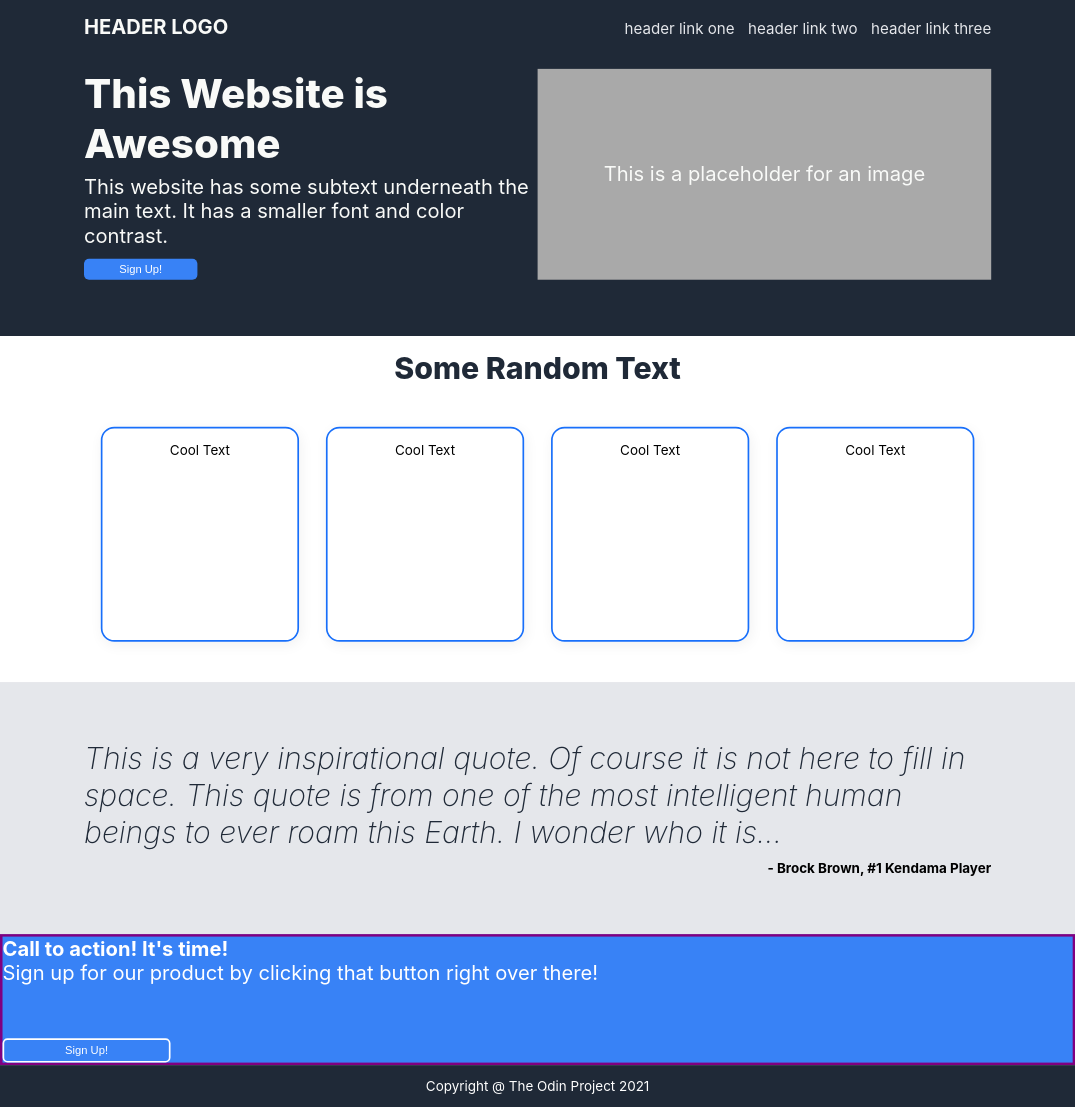
Repository: bbrockbrown/landing-page
Page: index.html
The author's editor kept a copy of each file at every save. The page is drawn from the files as they stood at one save, then again after the next save.
The browser window is 1280 px wide. The pictures show the whole page, at 84% of full size.

Above is the page before, as saved 2024-07-24 16:18:02.

### index.html
<!DOCTYPE html>
<html lang="en">
<head>
    <meta charset="UTF-8">
    <meta name="viewport" content="width=device-width, initial-scale=1.0">
    <link rel="stylesheet" href="styles.css">
    <title>Landing Page</title>
</head>
<body>

    <div class="header">
        <div class="upper-header">
            <div class="logo" style="font-weight: bolder">HEADER LOGO</div>
            <ul class="header-links">
                <li><a href="https://www.google.com/" target="_blank">header link one</a></li>
                <li><a href="https://www.google.com/" target="_blank">header link two</a></li>
                <li><a href="https://www.google.com/" target="_blank">header link three</a></li>
            </ul>
        </div>

        <div class="header-content">
            <div class="header-text">
                <div class="awesome-text">
                    This Website is Awesome
                </div>
                <div class="subtext">
                    This website has some subtext underneath the main text.
                    It has a smaller font and color contrast.
                </div>
                <button class="signup-button">Sign Up!</button>
            </div>

            <div class="header-image">
                This is a placeholder for an image
            </div>
        </div>
    </div>




    <div class="body">
        <div class="box-text">Some Random Text</div>
        <div class="box-container">
            <div class="box">Cool Text</div>
            <div class="box">Cool Text</div>
            <div class="box">Cool Text</div>
            <div class="box">Cool Text</div>
        </div>

        <div class="quote-container">
            <div class="quote">This is a very inspirational quote. Of course it is not here
                to fill in space. This quote is from one of the most intelligent human beings
                to ever roam this Earth. I wonder who it is...
            </div>
            <div class="quote-author">
                - Brock Brown, #1 Kendama Player
            </div>
        </div>
    </div>

    <div class="sign-up-container">
        <div class="sign-up-text">
            <div class="action">Call to action! It's time!</div>
            <div class="action-subtext">Sign up for our product by clicking that button right over there!</div>
        </div>

        <button class="signup-button2" id="lower-button">Sign Up!</button>
    </div>


    <div class="footer">
        Copyright @ The Odin Project 2021
    </div>

</body>
</html>

### styles.css
body {
    font-family: -apple-system, BlinkMacSystemFont, 'Segoe UI', Roboto, Oxygen, Ubuntu, Cantarell, 'Open Sans', 'Helvetica Neue', sans-serif;
    margin: 0;
    min-height: 100vh;
}

.header {
    background-color: #1F2937;
    font-size: 24px;
    color: #F9FAF8;
    display: flex;
    padding: 0px 100px 50px 100px;
    height: 350px;
    flex-direction: column;
    justify-content: space-around;
}

.upper-header {
    display: flex;
    justify-content: space-between;
}

.header-content {
    display: flex;
    text-align: left;
    align-items: center;
    flex-shrink: 0;
}

.header-text {
    width: 50%;
    display: flex;
    flex-flow: column wrap;
    gap: 8px;
}

.header-image {
    text-align: center;
    width: 50%;
    height: 100%;
    background-color: darkgray;
    display: flex;
    flex-flow: column wrap;
    justify-content: center;

}

.awesome-text {
    font-size: 48px;
    font-weight: 800;
}

button {
    padding: 5px 30px 5px 30px;
    border-radius: 6px;
    width: 25%;
}

.signup-button {
    background-color: #3882F6;
    color: white;
    border: none;
    margin-top: 5px;
}

ul {
    margin: 0;
    padding: 0;
    list-style: none;
    display: flex;
    gap: 16px;
}

a {
    text-decoration: none;
    font-size: 18px;
    color: #E5E7EB;
}


.body {
    display: flex;
    flex: 1;
    flex-direction: column;
    align-items: center;
}

.box-text {
    font-size: 36px;
    color: #1F2937;
    font-weight: 800;
    margin-top: 16px;
}

.box-container {
    display: flex;
    padding: 48px;
    flex-wrap: wrap;
    gap: 32px;
    justify-content: center;
}


.box {
    border: 2px solid  #186ffa;
    box-shadow: 2px 4px 16px rgba(0,0,0,.06);
    border-radius: 16px;
    padding: 16px;
    width: 200px;
    height: 220px;
    text-align: center;
}

.quote-container {
    display: flex;
    flex: wrap;
    flex-direction: column;
    background-color: #E5E7EB;
    height: 300px;
    justify-content: center;
}

.quote {
    font-size: 36px;
    color: #1F2937;
    font-style: italic;
    font-weight: 200;
    padding: 0 100px;
    margin-bottom: 10px;
}

.quote-author {
    align-self: flex-end;
    margin-right: 100px;
    font-weight: bold;
}

.sign-up-container {
    background-color: #3882F6;
    display: flex;
    flex-direction: column;
    height: 150px;
    justify-content: space-between;
    border: purple solid 3px;
}

.sign-up-text {
    color: white;
    font-size: 24px;
}

.action {
    font-weight: 700;
}

.signup-button2 {
    border: 2px white solid;
    background-color:#3882F6;
    color: white;
    width: 200px;
}

.footer {
    background-color: #1F2937;
    color: white;
    padding: 15px;
    text-align: center;
}

After the next save:
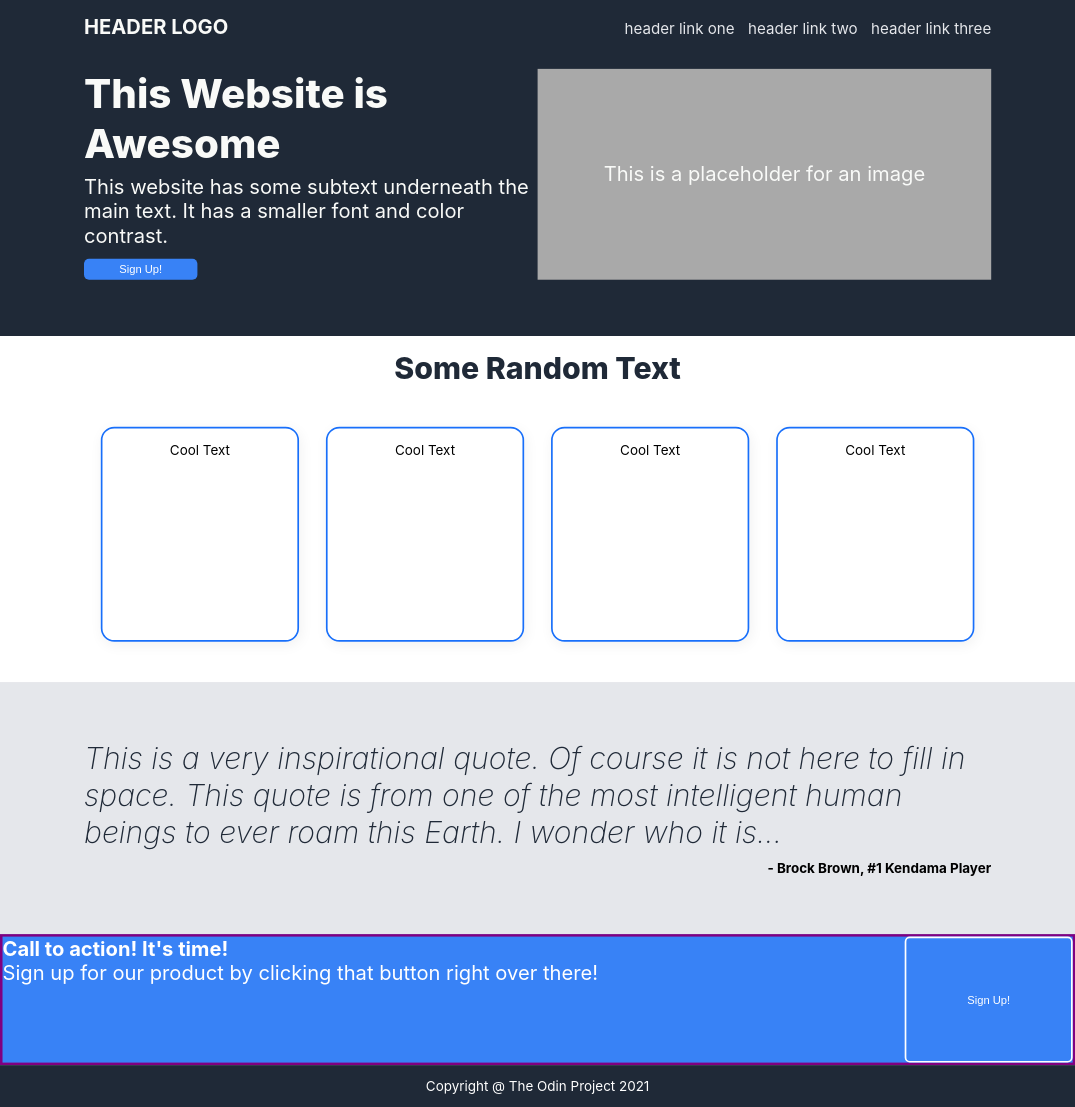
Saved 47 s later.
--- a/styles.css
+++ b/styles.css
@@ -138,7 +138,6 @@ a {
 .sign-up-container {
     background-color: #3882F6;
     display: flex;
-    flex-direction: column;
     height: 150px;
     justify-content: space-between;
     border: purple solid 3px;
